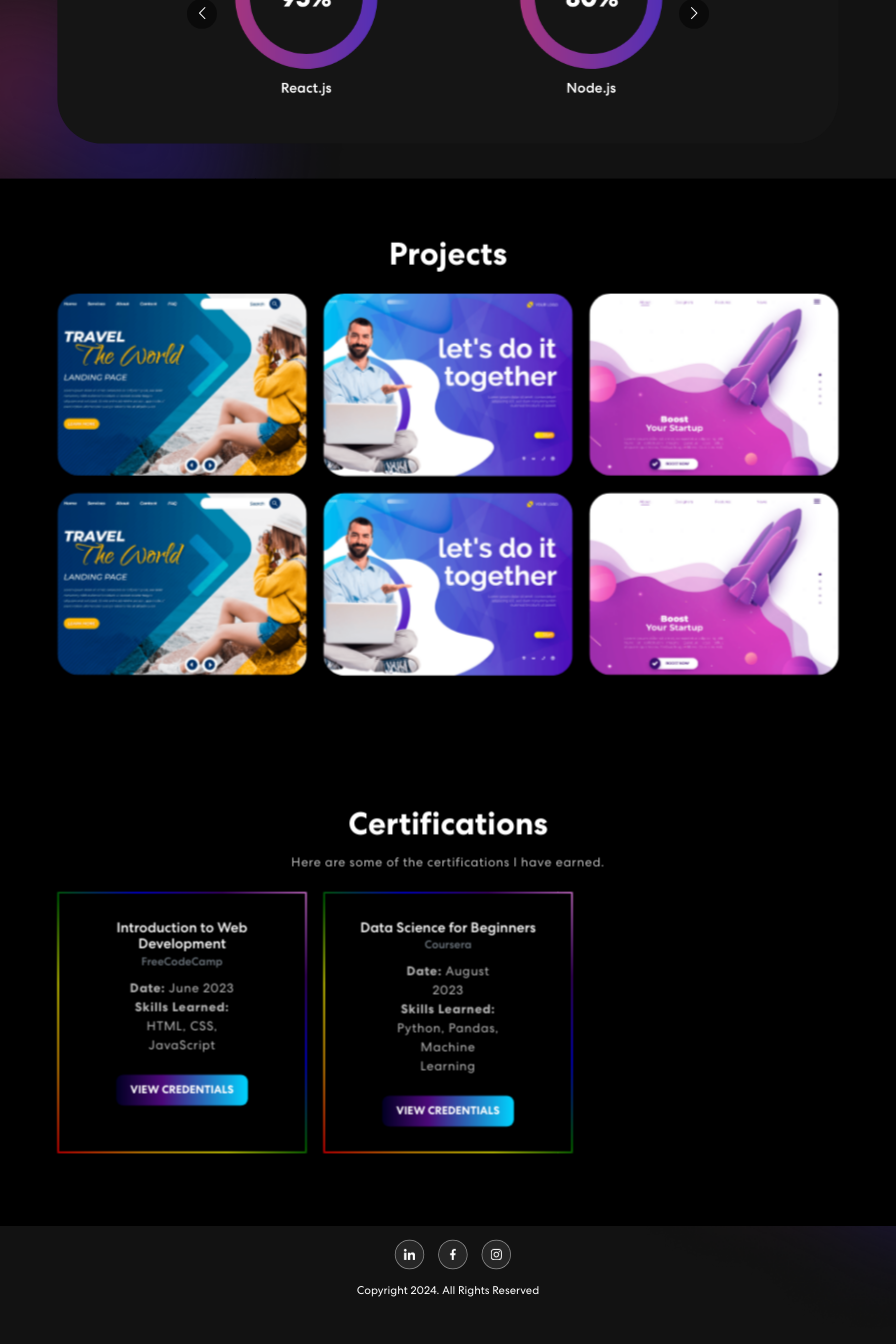
Repository: ChakerChourouk/personal-portfolio
Page: /
The author's editor kept a copy of each file at every save. The page is drawn from the files as they stood at one save, then again after the next save.
The browser window is 1280 px wide. The pictures show the part of the page from y = 1123 to 3043 px (the page is 3043 px tall), at 70% of full size.
The project was rebuilt for these pictures with package versions that can differ from the ones it lists, and the page was loaded fresh each time.

Above is the page before, as saved 2024-09-19 20:55:56.

After the next save:
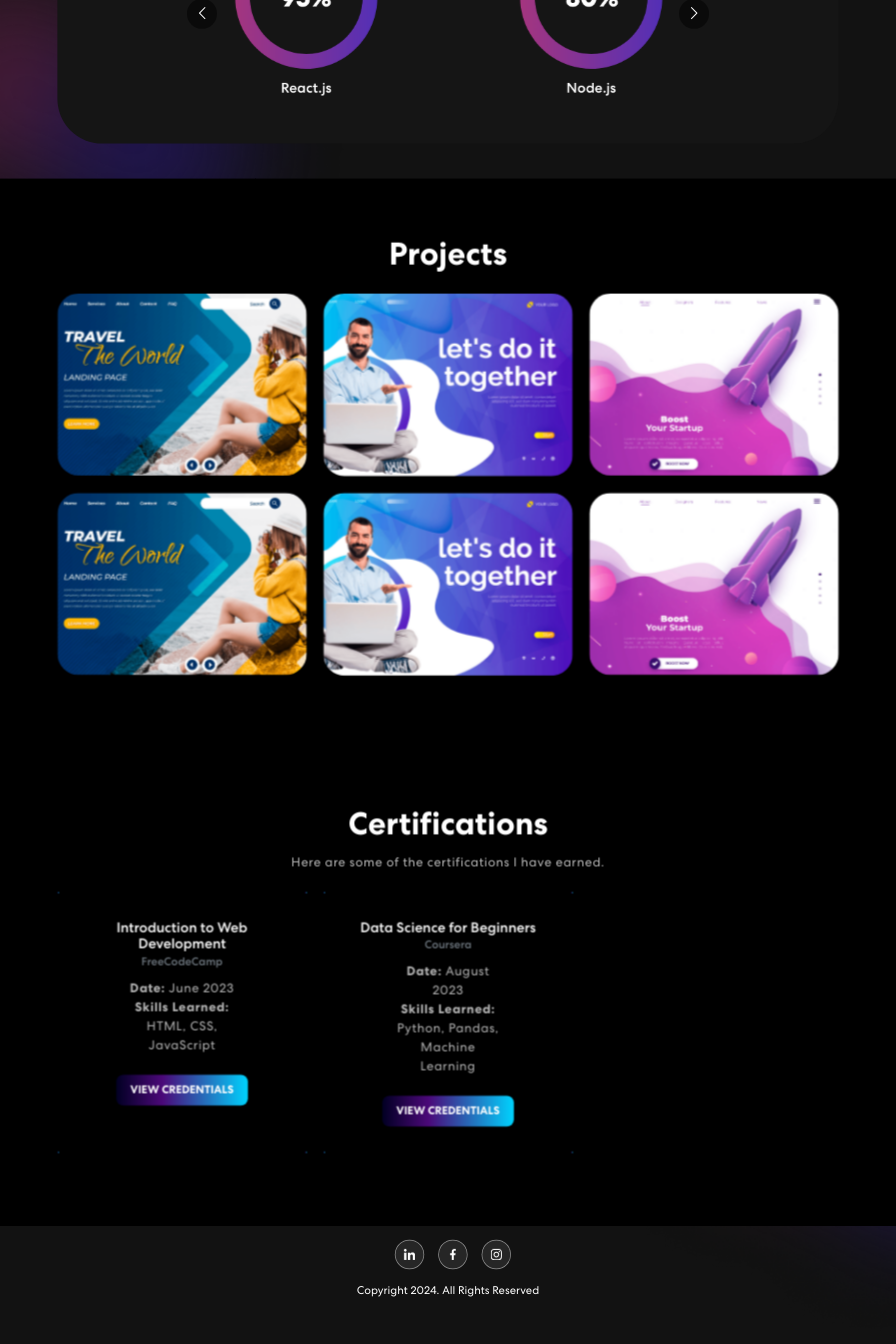
Saved 22 s later.
--- a/src/components/ProjectCard2.css
+++ b/src/components/ProjectCard2.css
@@ -2,7 +2,7 @@
 .custom-card {
     background-color: black;
     border: 2px solid;
-    border-image: linear-gradient(45deg, red, orange, yellow, green, blue, indigo, violet) 1;
+    border-image: linear-gradient(90deg, rgba(2,0,36,1) 0%, rgba(76,9,121,1) 35%, rgba(0,212,255,1) 100%);
     border-radius: 15px; /* Rounded corners */
     color: white; /* Text color */
     padding: 20px;
